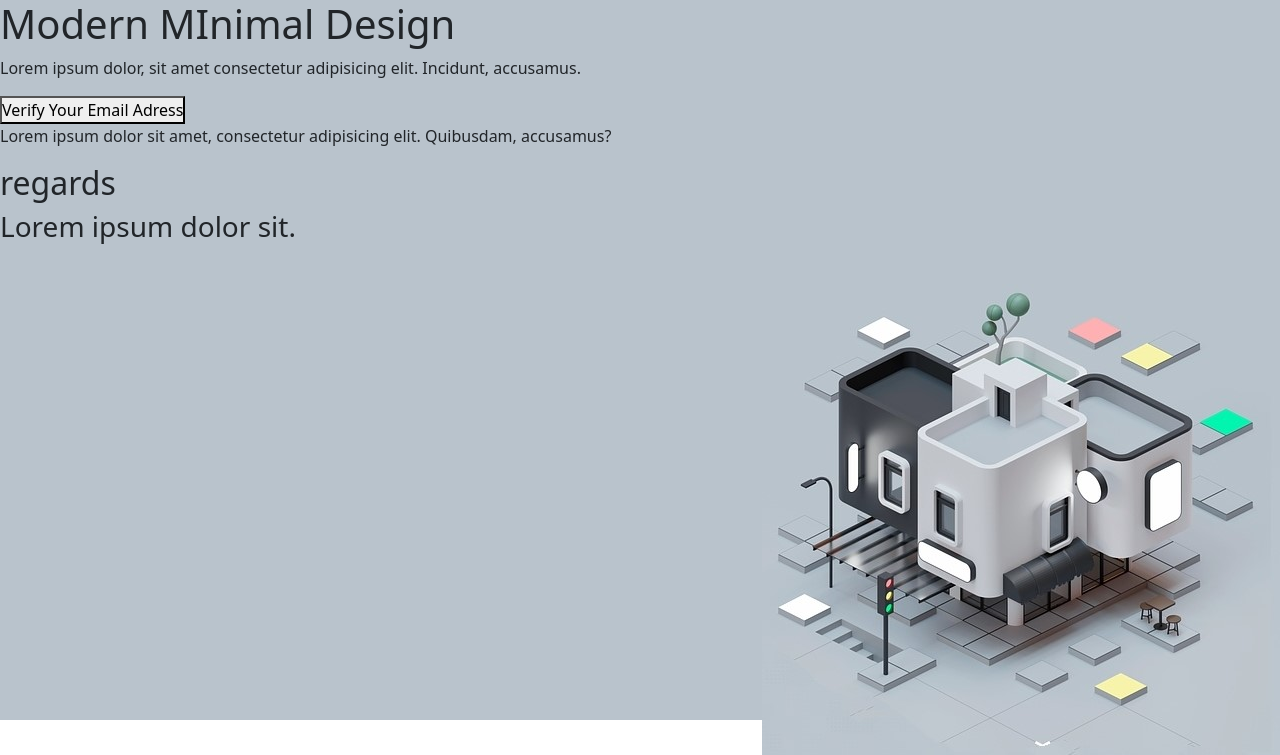
Repository: Aayush919/taskui
Page: index.html
An editor plug-in stored every save of this project. The page is shown before and after the next save, followed by the edit.
The browser window is 1280 px wide. The pictures show the whole page.

Above is the page before, as saved 2024-01-12 12:30:56.

### index.html
<!doctype html>
<html lang="en">

<head>
    <meta charset="utf-8">
    <meta name="viewport" content="width=device-width, initial-scale=1">
    <title>Bootstrap demo</title>
    <link href="https://cdn.jsdelivr.net/npm/bootstrap@5.3.2/dist/css/bootstrap.min.css" rel="stylesheet"
        integrity="sha384-T3c6CoIi6uLrA9TneNEoa7RxnatzjcDSCmG1MXxSR1GAsXEV/Dwwykc2MPK8M2HN" crossorigin="anonymous">
        <link rel="stylesheet" href="style.css">
</head>

<body>



    <div class="custom-bg">
        <div class="right">
          <div class="top">
            <h1>Modern <span>MInimal</span> Design</h1>
            <p>Lorem ipsum dolor, sit amet consectetur adipisicing elit. Incidunt, accusamus.</p>
            <button>Verify Your Email Adress</button>
            <p>Lorem ipsum dolor sit amet, consectetur adipisicing elit. Quibusdam, accusamus?</p>
            <h2>regards</h2>
            <h3>Lorem ipsum dolor sit.</h3>
          </div>


        </div>
        <div class="left">
            <img src="./bg.jpg" alt="" class="img-fluid">
        </div>

    </div>

    <script src="https://cdn.jsdelivr.net/npm/bootstrap@5.3.2/dist/js/bootstrap.bundle.min.js"
        integrity="sha384-C6RzsynM9kWDrMNeT87bh95OGNyZPhcTNXj1NW7RuBCsyN/o0jlpcV8Qyq46cDfL"
        crossorigin="anonymous"></script>
</body>

</html>

<!-- -->

### style.css
*{
margin: 0;
padding: 0;
box-sizing: border-box;
}


html,body{
    height: 100%;
    width: 100%;

}

.custom-bg{
    background-color:#B9C3CC;
    height: 100%;
    width: 100%;


}


.custom-bg img{
    position: absolute;
    right: 0px;
}

After the next save:
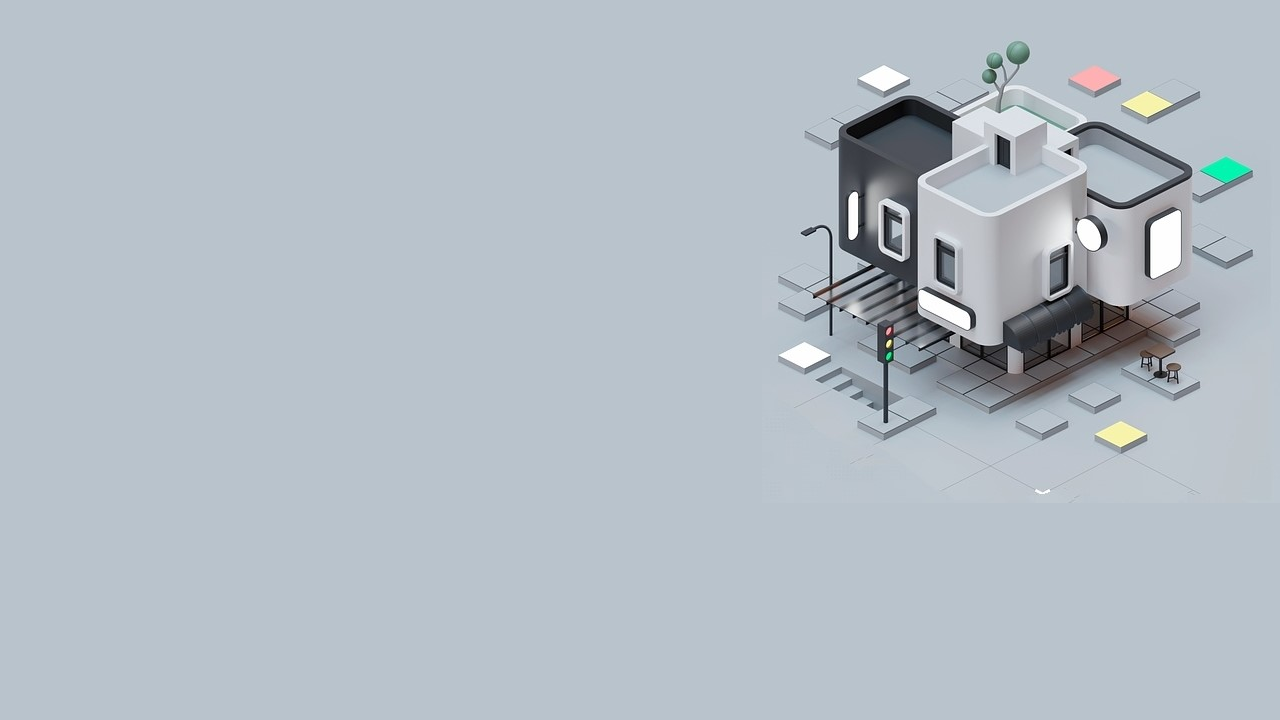
Saved 12 s later.
--- a/index.html
+++ b/index.html
@@ -15,18 +15,7 @@
 
 
     <div class="custom-bg">
-        <div class="right">
-          <div class="top">
-            <h1>Modern <span>MInimal</span> Design</h1>
-            <p>Lorem ipsum dolor, sit amet consectetur adipisicing elit. Incidunt, accusamus.</p>
-            <button>Verify Your Email Adress</button>
-            <p>Lorem ipsum dolor sit amet, consectetur adipisicing elit. Quibusdam, accusamus?</p>
-            <h2>regards</h2>
-            <h3>Lorem ipsum dolor sit.</h3>
-          </div>
 
-
-        </div>
         <div class="left">
             <img src="./bg.jpg" alt="" class="img-fluid">
         </div>

After the save that followed:
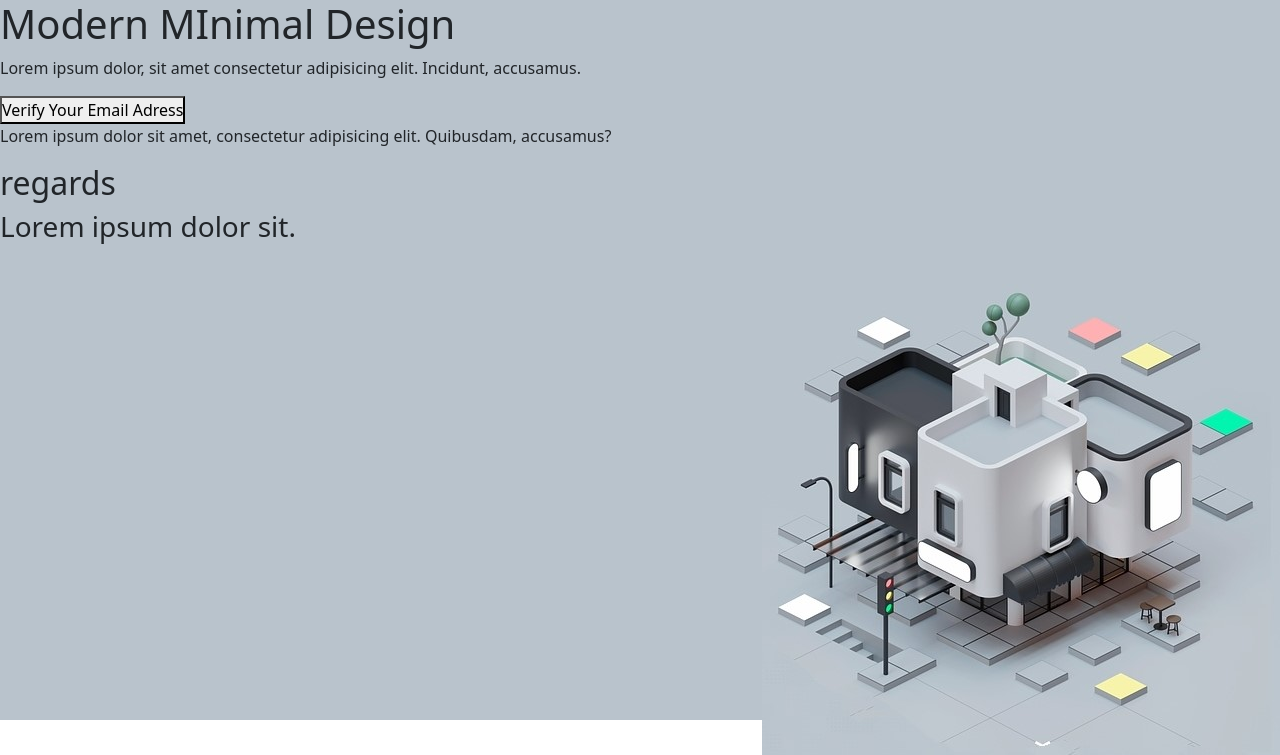
Saved 4 s later.
--- a/index.html
+++ b/index.html
@@ -15,7 +15,18 @@
 
 
     <div class="custom-bg">
+        <div class="right">
+          <div class="top">
+            <h1>Modern <span>MInimal</span> Design</h1>
+            <p>Lorem ipsum dolor, sit amet consectetur adipisicing elit. Incidunt, accusamus.</p>
+            <button>Verify Your Email Adress</button>
+            <p>Lorem ipsum dolor sit amet, consectetur adipisicing elit. Quibusdam, accusamus?</p>
+            <h2>regards</h2>
+            <h3>Lorem ipsum dolor sit.</h3>
+          </div>
 
+
+        </div>
         <div class="left">
             <img src="./bg.jpg" alt="" class="img-fluid">
         </div>
